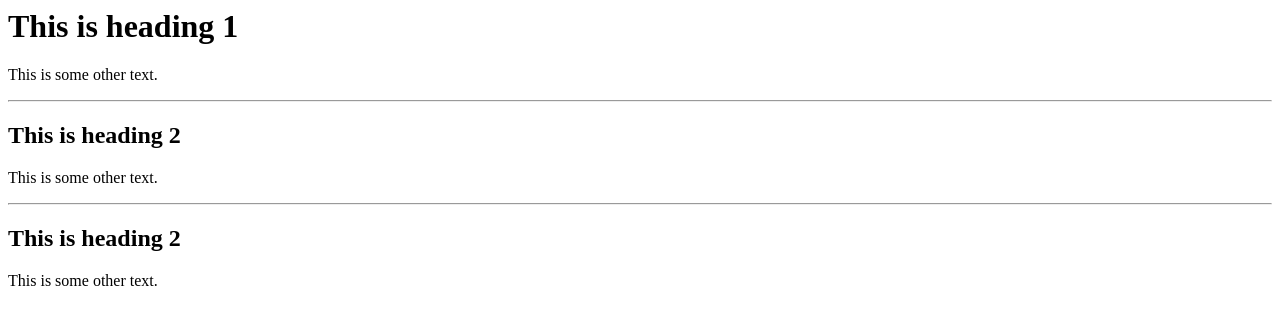
Repository: prathampatel1/pratham12.github.io
Page: project.html
The author's editor kept a record of every edit. The page is drawn from the files as they stood at one moment, then again after the next edit.
The browser window is 1280 px wide. The pictures show the whole page.

Above is the page before.

### project.html
<html>
<body>

<h1>This is heading 1</h1>
<p>This is some other text.</p>
<hr>

<h2>This is heading 2</h2>
<p>This is some other text.</p>
<hr>

<h2>This is heading 2</h2>
<p>This is some other text.</p>



</body>
</html>

After the next edit:
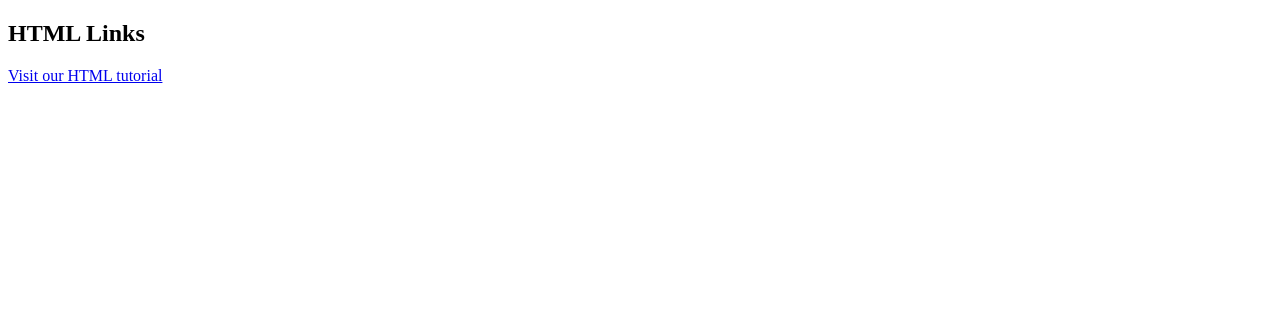
The edit:
--- a/project.html
+++ b/project.html
@@ -1,18 +1,9 @@
+<!DOCTYPE html>
 <html>
 <body>
 
-<h1>This is heading 1</h1>
-<p>This is some other text.</p>
-<hr>
-
-<h2>This is heading 2</h2>
-<p>This is some other text.</p>
-<hr>
-
-<h2>This is heading 2</h2>
-<p>This is some other text.</p>
-
-
+<h2>HTML Links</h2>
+<p><a href="https://www.w3schools.com/html/">Visit our HTML tutorial</a></p>
 
 </body>
 </html>
